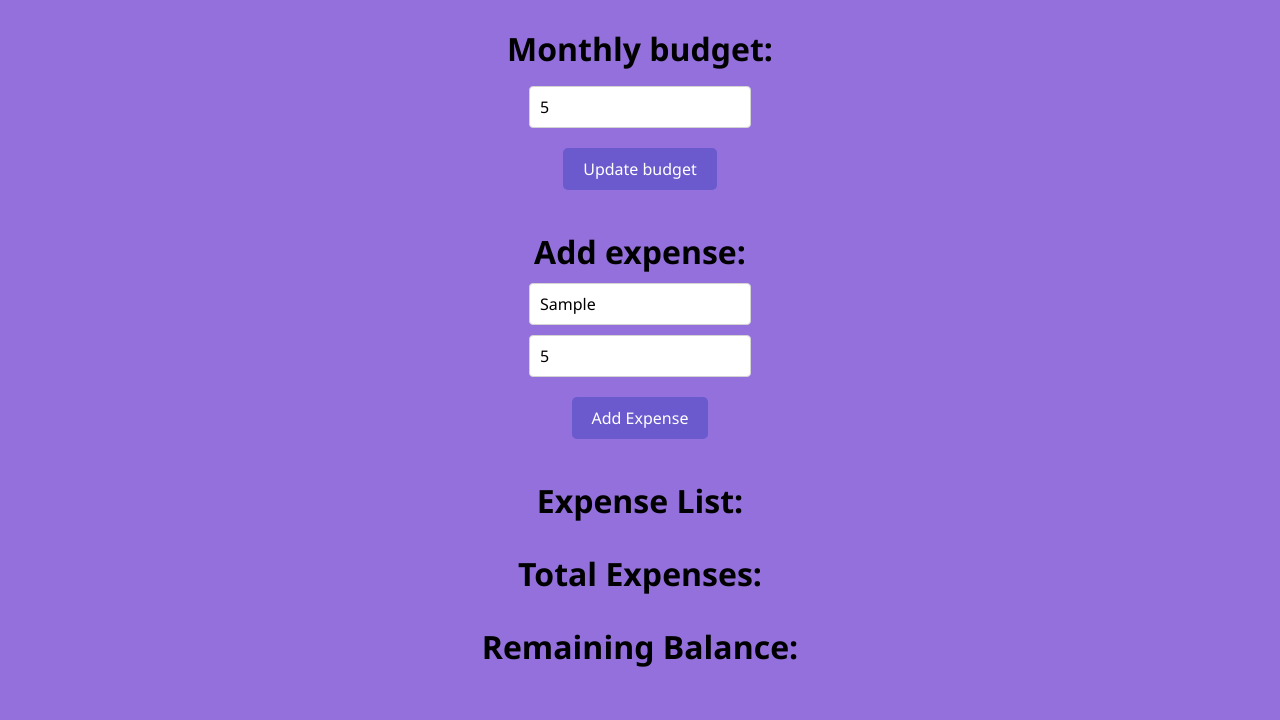
Repository: chelsswylie/BudgetProject222
Page: index.html
These files come from the project's save history. The page is drawn as it stood at one moment and after the next save; the edit follows.
The browser window is 1280 px wide. The pictures show the whole page.
Empty fields were first filled with sample values (such as "Sample", 5 or name@example.com).
After loading, the first visible `#add_expense_button` was clicked once.

Above is the page before, as saved 2022-02-24 19:24:14.

### index.html
<!DOCTYPE html>
<html lang="en">
  <head>
    <meta charset="UTF-8" />
    <meta name="viewport" content="width=device-width, initial-scale=1.0" />
    <title>My Budget App</title>
    <link rel="stylesheet" href="styles.css" />
  </head>

  <body>
    <main>
      <!-- <div id="flexbox">
        <span>123</span>
        <span>234</span>
        <span>345</span>
        <span>456</span>
      </div> -->
      <section>
        <h1>Monthly budget:</h1>
        <p id="monthly_budget"></p>
        <form>
          <input type="number" id="income_input" placeholder="Monthly Income" />
          <button id="update_budget_button">Update budget</button>
        </form>
      </section>

      <section>
        <h1>Add expense:</h1>
        <form>
          <input type="text" id="name_input" placeholder="Expense Name" />
          <input type="number" id="amount_input" placeholder="Expense amount" />
          <button id="add_expense_button">Add Expense</button>
        </form>
      </section>

      <section>
        <h1>Expense List:</h1>
        <div id="expense_list"></div>
      </section>

      <section>
        <h1>Total Expenses:</h1>
        <p id="total_expenses"></p>
      </section>

      <section>
        <h1>Remaining Balance:</h1>
        <p id="remaining_balance"></p>
      </section>
    </main>
    <script src="script.js"></script>
  </body>
</html>

### styles.css
/* #flexbox {
  display: flex;
  flex-direction: column;
  height: 200px;
  width: 200px;
  background-color: aquamarine;
  justify-content: center;
  align-items: center;
} */

body {
  font-family: "Segoe UI", Tahoma, sans-serif;
  background-color: mediumpurple;
}

main {
  margin: auto;
  width: 60%;
  text-align: center;
}

section {
  margin-bottom: 30px;
}

h1 {
  font-size: 2em;
  margin-bottom: 0px;
}

input {
  display: block;
  margin: 10px auto;
  width: 200px;
  height: 20px;
  border-radius: 4px;
  border: 1px solid lightgrey;
  font-family: inherit;
  font-size: 1em;
  padding: 10px;
}

button {
  padding: 10px 20px;
  border-radius: 5px;
  border: none;
  background-color: slateblue;
  color: white;
  font-family: inherit;
  font-size: 1em;
  margin: 10px;
}

button:hover {
  color: slateblue;
  background-color: white;
}

.red {
  color: orangered;
}

.green {
  color: greenyellow;
}

### script.js
// Selectors

let updateBudgetButton = document.querySelector("#update_budget_button");

let addExpenseButton = document.querySelector("#add_expense_button");

let monthlyBudget = document.querySelector("#monthly_budget");

let incomeInput = document.querySelector("#income_input");

let remainingBalance = document.querySelector("#remaining_balance");

let amountInput = document.querySelector("#amount_input");

let nameInput = document.querySelector("#name_input");

let expenseList = document.querySelector("#expense_list");

let totalExpenses = document.querySelector("#total_expenses");

// events
updateBudgetButton.onclick = updateBudget;
addExpenseButton.onclick = addExpense;

// variables
let monthlyIncome = 0;
let expenses = [];
let expenseTotal = 0;
let balance = 0;

// functions

function updateBudget(event) {
  event.preventDefault();
  monthlyIncome = incomeInput.value;
  monthlyBudget.innerText = "$" + monthlyIncome;
  updateBalance();
}

function updateBalance() {
  balance = monthlyIncome - expenseTotal;
  remainingBalance.innerText = "$" + balance;

  if (balance < 0) {
    remainingBalance.classList.remove("green");
    remainingBalance.classList.add("red");
  } else {
    remainingBalance.classList.remove("red");
    remainingBalance.classList.add("green");
  }
}

function addExpense(event) {
  event.preventDefault();
  let expense = {
    name: nameInput.value,
    amount: amountInput.value,
  };
  let newExpense = document.createElement("p");
}

After the next save:
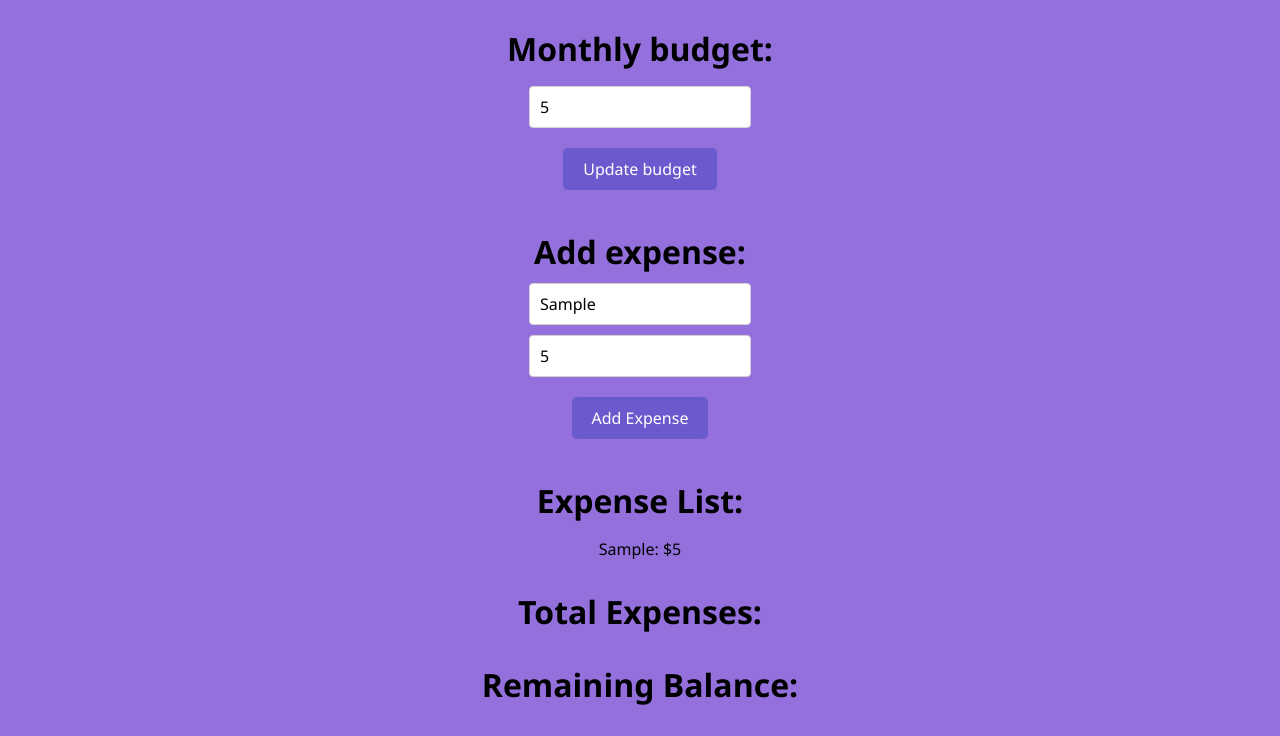
Console error: ReferenceError: updateExpenseTotal is not defined
Saved 8 min 39 s later.
--- a/script.js
+++ b/script.js
@@ -57,4 +57,9 @@ function addExpense(event) {
     amount: amountInput.value,
   };
   let newExpense = document.createElement("p");
+  newExpense.innerText = expense.name + ": $" + expense.amount;
+  expenseList.appendChild(newExpense);
+  let expenseAmount = parseInt(amountInput.value);
+  expenses.push(expenseAmount);
+  updateExpenseTotal();
 }
